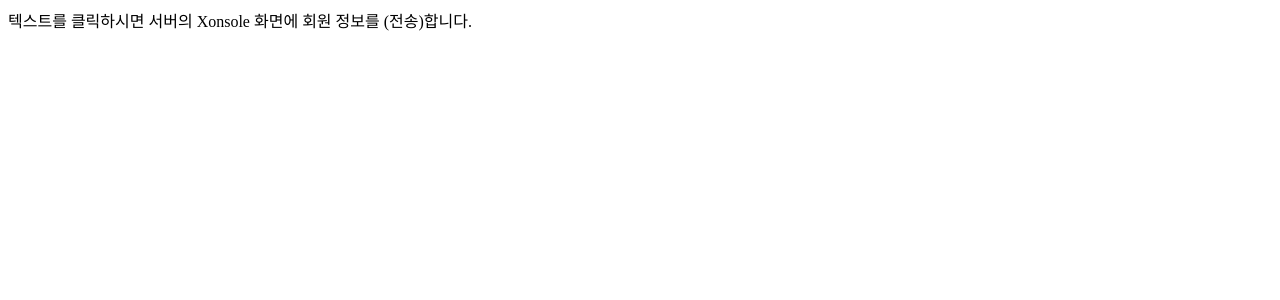
Repository: qkr5318/JSP_STUDY
Page: http://localhost/SIXTH_JSP/study03/json7.jsp
An editor plug-in stored every save of this project. The page is shown before and after the next save, followed by the edit.
The browser window is 1280 px wide. The pictures show the whole page.
The page is served by Tomcat 9.

Above is the page before, as saved 2023-01-06 07:42:34.

After the next save:
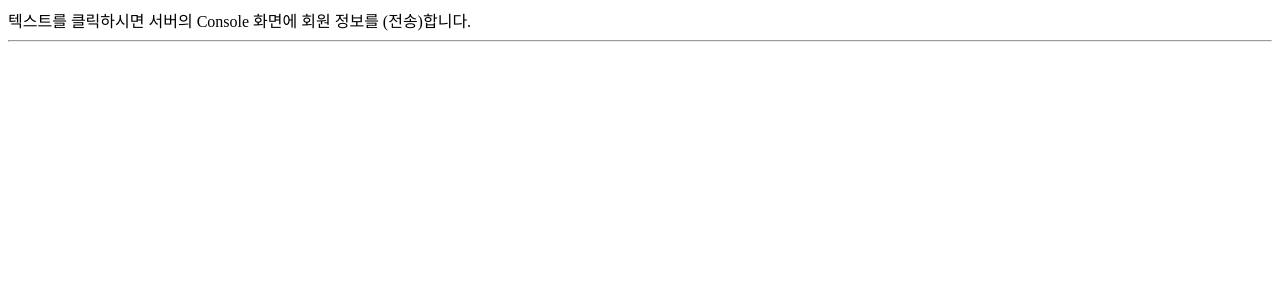
Saved 38 s later.
--- a/SIXTH_JSP/WebContent/study03/json7.jsp
+++ b/SIXTH_JSP/WebContent/study03/json7.jsp
@@ -40,8 +40,9 @@
 
 </head>
 <body>
-	<a>텍스트를 클릭하시면 서버의 Xonsole 화면에 회원 정보를 (전송)합니다.</a>
-
+	<a id="checkJson" style="cursor:pointer">텍스트를 클릭하시면 서버의 Console 화면에 회원 정보를 (전송)합니다.</a>
+	<br> <hr>
+	<div id="output"></div>
 
 </body>
 </html>
